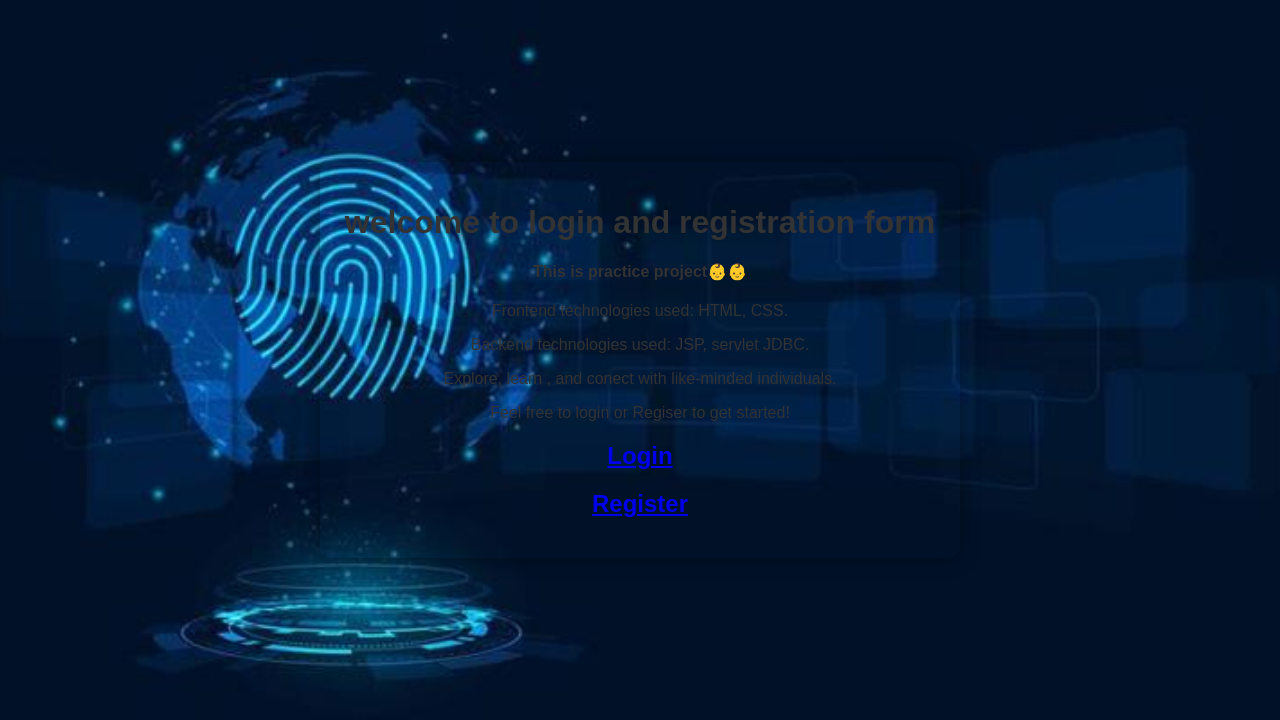
Repository: Rajivkumar2023/java-practice
Page: http://localhost/Login-Registration/
The author's editor kept a copy of each file at every save. The page is drawn from the files as they stood at one save, then again after the next save.
The browser window is 1280 px wide. The pictures show the whole page.
The page is served by Tomcat 10.

Above is the page before, as saved 2024-07-31 09:28:18.

After the next save:
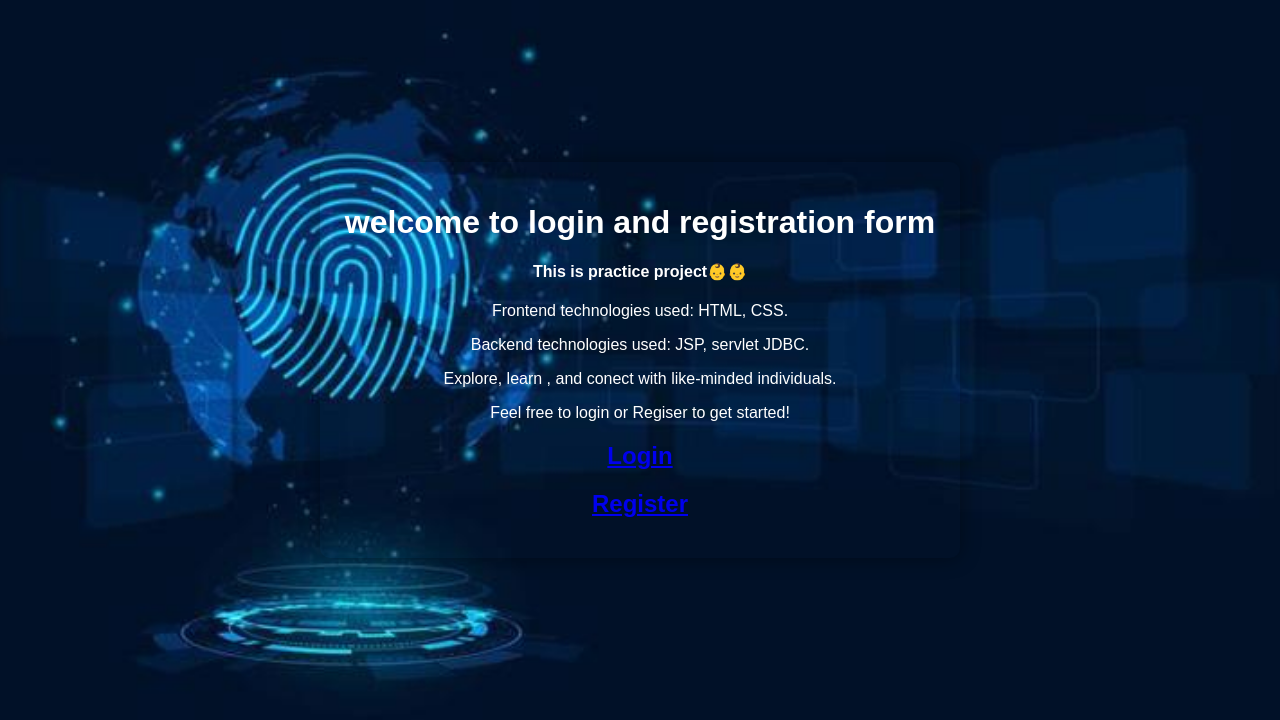
Saved 41 s later.
--- a/Login-Registration/src/main/webapp/index.css
+++ b/Login-Registration/src/main/webapp/index.css
@@ -21,7 +21,7 @@
 	border-radius:10px;
 	box-shadow: 0 0 20px rgba(0,0,1,0.4);
 	background-color:dark-white;
-	text:white;
+	color:white;
 	text-align:center;
 
 }

After the save that followed:
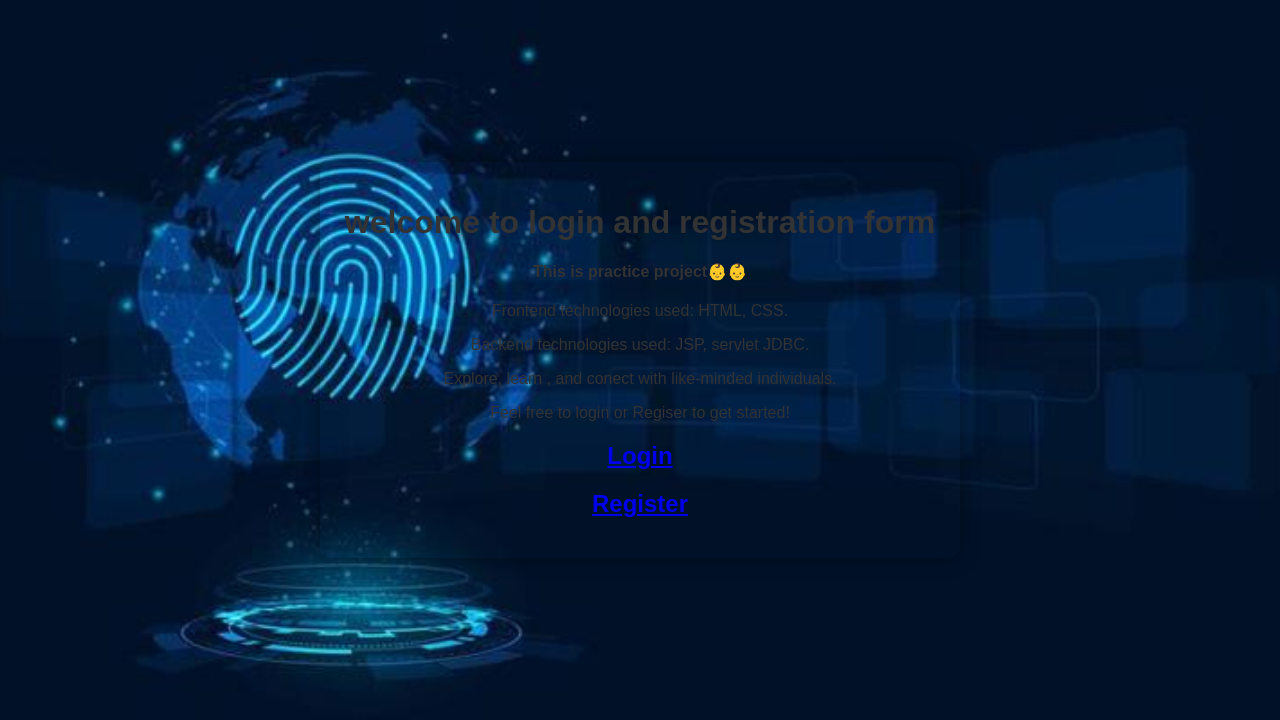
Saved 17 s later.
--- a/Login-Registration/src/main/webapp/index.css
+++ b/Login-Registration/src/main/webapp/index.css
@@ -20,7 +20,7 @@
 	padding:20px;
 	border-radius:10px;
 	box-shadow: 0 0 20px rgba(0,0,1,0.4);
-	background-color:dark-white;
+	background-color:#002248";
 	color:white;
 	text-align:center;
 
